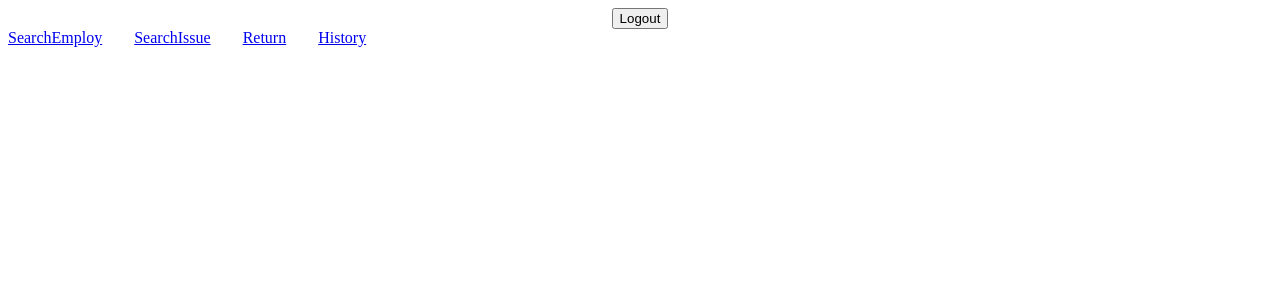
Repository: vinodkumarr269/mode1
Page: day14/EMS/WebContent/menu.html
An editor plug-in stored every save of this project. The page is shown before and after the next save, followed by the edit.
The browser window is 1280 px wide. The pictures show the whole page.

Above is the page before, as saved 2019-08-27 13:44:16.

After the next save:
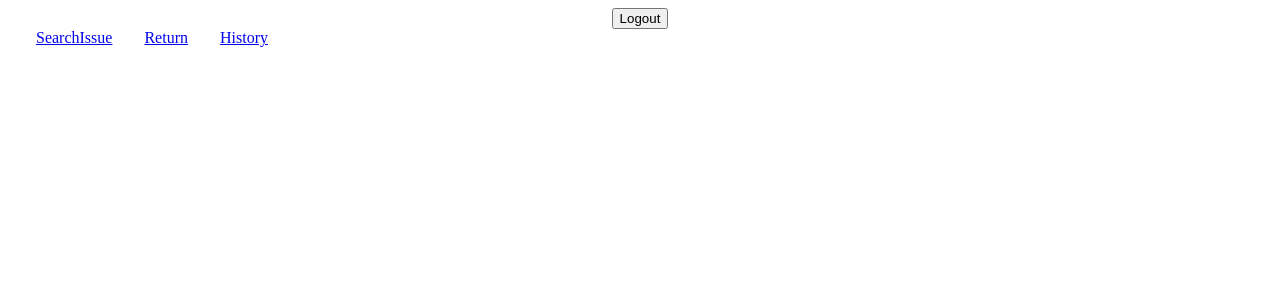
Saved 16 s later.
--- a/day14/EMS/WebContent/menu.html
+++ b/day14/EMS/WebContent/menu.html
@@ -8,7 +8,7 @@
  <center>
        <input type="submit" value="Logout" />
        </center>
-       <a href='Search.html'>SearchEmploy</a>
+
 
       &nbsp;&nbsp;&nbsp;&nbsp;&nbsp;&nbsp;
       <a href='search.html'>SearchIssue</a>
